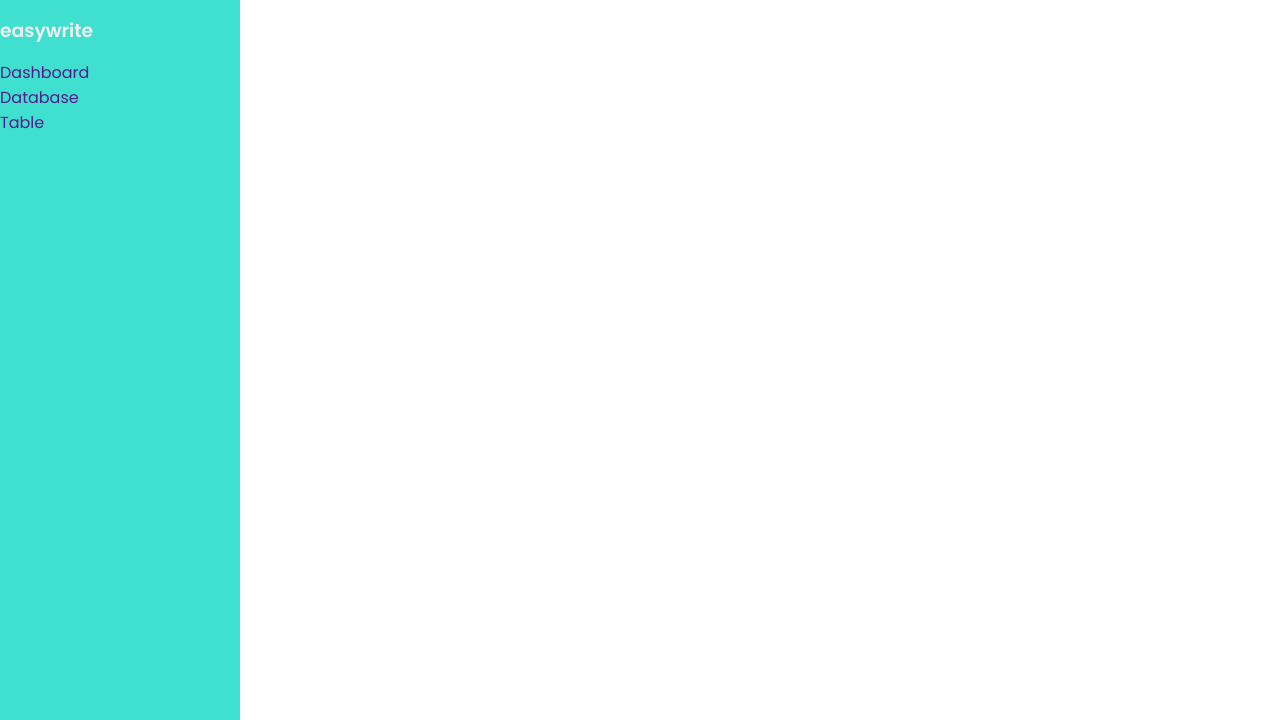
Repository: ngan429/CRUD_14
Page: http://localhost/crudweb/
The author's editor kept a copy of each file at every save. The page is drawn from the files as they stood at one save, then again after the next save.
The browser window is 1280 px wide. The pictures show the whole page.
Some icons come from a web library that is not loaded, so they are not drawn. The page is served by Tomcat 9. Other server files are loaded and not shown.

Above is the page before, as saved 2022-06-03 20:22:31.

### crudweb/crudweb/WebContent/index.jsp
<%@ page language="java" contentType="text/html; charset=ISO-8859-1"
    pageEncoding="ISO-8859-1"%>
<!DOCTYPE html>
<html>
<head>
<meta charset="ISO-8859-1">
<title>Insert title here</title>
<link rel="stylesheet" href="http://cdn.jsdelivr.net/gh/lykmapipo/themify-icons@0.1.2/css/themify-icons.css">
<link rel="stylesheet" href="css/style.css">
<link href="https://fonts.googleapis.com/css2?family=Inter:wght@300;400;600&display=swap" rel="stylesheet">
<link rel="stylesheet"
	href="<%=request.getContextPath()%>/css/style.css">
<style>
*{
	font-family: 'Poppins', sans-serif;
	margin: 0;
	padding: 0;
	text-decoration: none;
	list-style-type: none;
	box-sizing: border-box;
}
.sidebar{
	height: 100%;
	width: 240px;
	position: fixed;
	left: 0;
	top: 0;
	z-index: 100;
	background-color:turquoise;
	color: #efefef;

}
.slidebar-header{
	display: flex;
	justify-content: space-between;
	align-items: center;
	height: 60px;
	padding: 0rem 1 rem;
}

</style>
</head>
<body>
	<div class="sidebar">
		<div class="slidebar-header">
			<h3 class="brand">
				<span class="ti-unlink"></span>
				<span>easywrite</span>
			</h3>
			<span class="ti-menu-alt"></span>
		</div>
		<div class="sidebar-menu">
			<ul>
				 <li class="sidebar-item active">
                    <a href="">
                        <span class="ti-settings" ></i>
                        <span class="align-middle">Dashboard</span>
                    </a>
                </li>

                <li>
                    <a href="">
                        <span class="ti-settings"></span>
                        <span class="align-middle">Database</span>
                    </a>
                </li>

                <li class="sidebar-item">
                    <a href="">
                        <span class="ti-settings"></span>
                        <span class="align-middle">Table</span>
                    </a>
                </li>

			</ul>
		</div>
		<div class="main-content">
			<header>
				<div class="social-icons"></div>
					<span class="ti-bell"></span>
					<span class="ti-comment"></span>
			</header>

		</div>
	</div>

</body>
</html>

### crudweb/crudweb/WebContent/css/style.css
@charset "UTF-8";
@import url('https://fonts.googleapis.com/css2?family=Poppins:wght@300;400;500;600&display=swap');
:root {
	--main-color : #027581;
	--color-dark : #1D2231;
	--text-grey : #8390A2;
}
*{
	font-family: 'Poppins', sans-serif;
	margin: 0;
	padding: 0;
	text-decoration: none;
	list-style-type: none;
	box-sizing: border-box;
}
.sidebar{
	height: 100%;
	width: 240px;
	position: fixed;
	left: 0;
	top: 0;
	z-index: 100;
	backgroud: var(--main-color);
	color: #efefef;
}

After the next save:
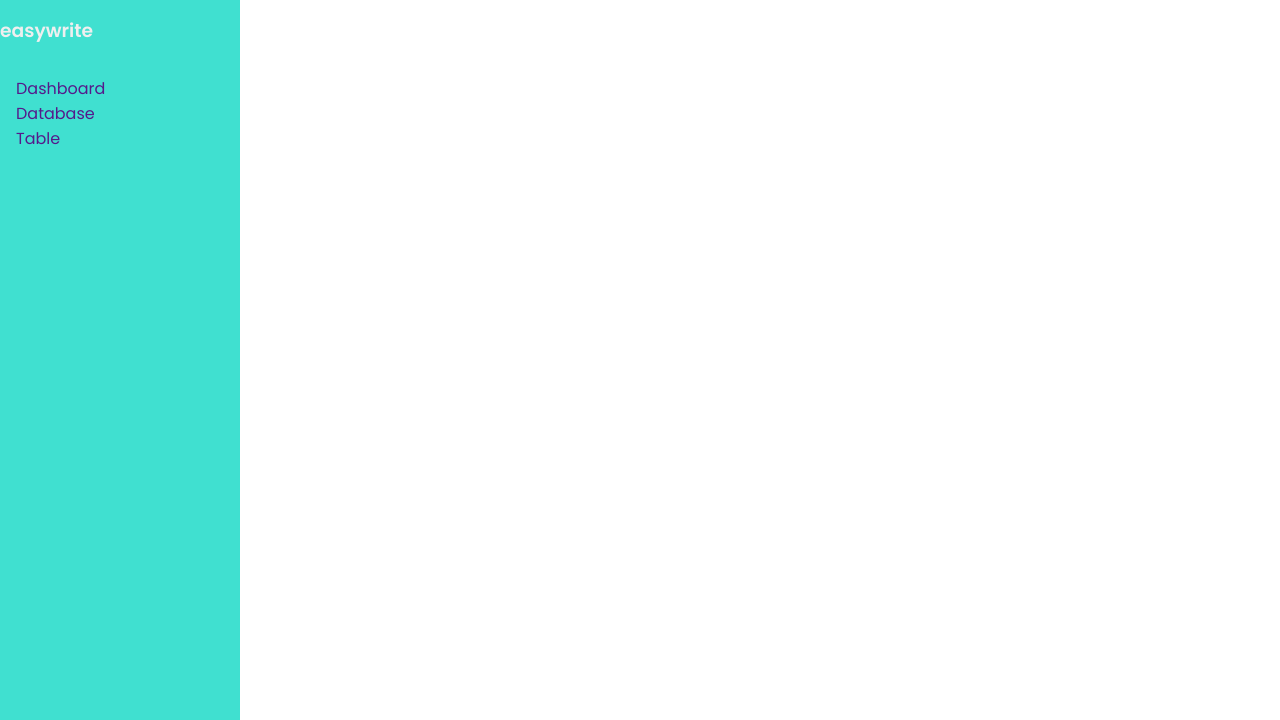
Saved 2 min 1 s later.
--- a/crudweb/crudweb/WebContent/index.jsp
+++ b/crudweb/crudweb/WebContent/index.jsp
@@ -36,6 +36,15 @@
 	align-items: center;
 	height: 60px;
 	padding: 0rem 1 rem;
+}
+.sidebar-menu{
+	padding: 1rem;
+}
+.slidebar li{
+	margin-bottom: 1rem;
+}
+.slidebar a{
+	color: #fff;
 }
 
 </style>
